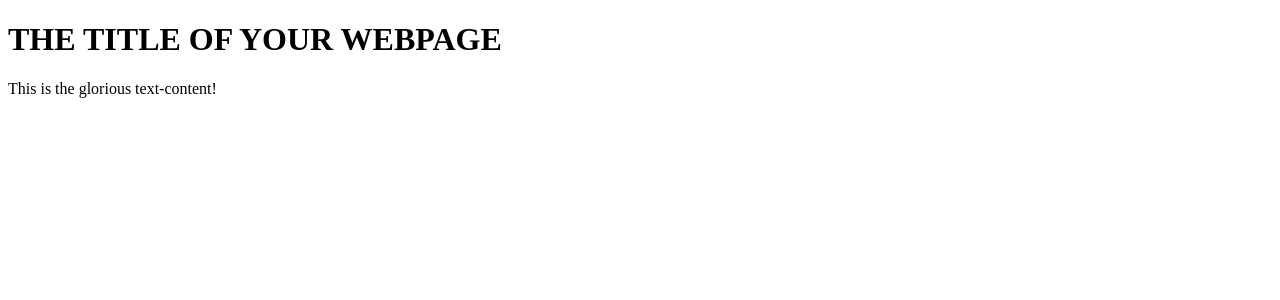
Repository: jnguyen113/DOM-Manipulation
Page: index.html
These files come from the project's save history. The page is drawn as it stood at one moment and after a run of saves; the edit follows.
The browser window is 1280 px wide. The pictures show the whole page.

Above is the page before, as saved 2020-06-11 18:10:22.

After the next 4 saves:
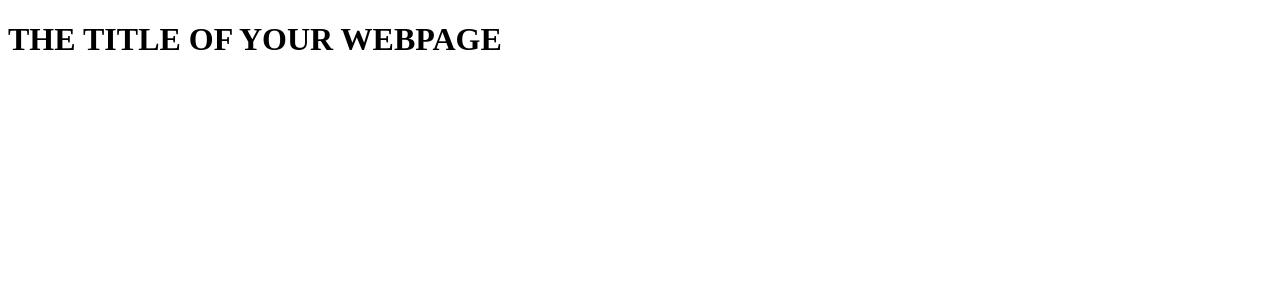
Console error: TypeError: Cannot read properties of undefined (reading 'appendChild')
The 4 saves are shown as one change because they came seconds apart.
The last was saved 13 s later.
--- a/main.js
+++ b/main.js
@@ -3,5 +3,6 @@
 content.classList.add('content');//add class and some text to content div
 content.textContent = 'This is the glorious text-content!';
 
-const anything = document.querySelec
+const anything = document.querySelector("Container");
+const inmy = document.
 container.appendChild(content);//append that div to container

After the 3 saves that followed:
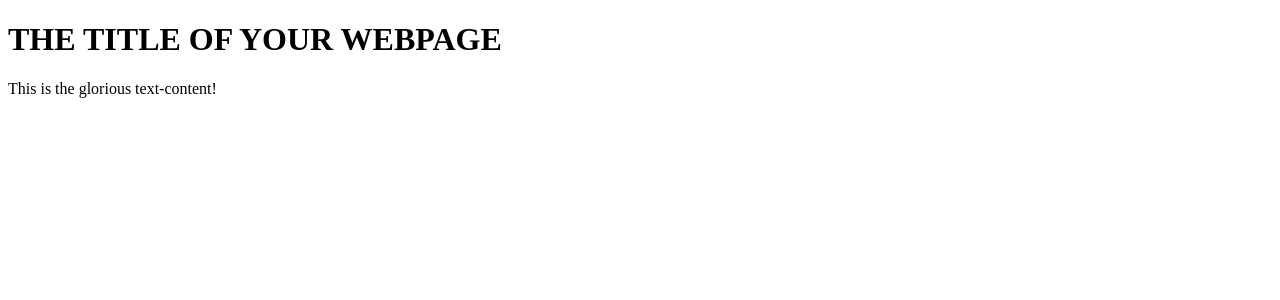
The error is gone.
The 3 saves are shown as one change because they came seconds apart.
The last was saved 9 s later.
--- a/main.js
+++ b/main.js
@@ -4,5 +4,6 @@
 content.textContent = 'This is the glorious text-content!';
 
 const anything = document.querySelector("Container");
-const inmy = document.
+const inmy = document.createElement('div');
+
 container.appendChild(content);//append that div to container
